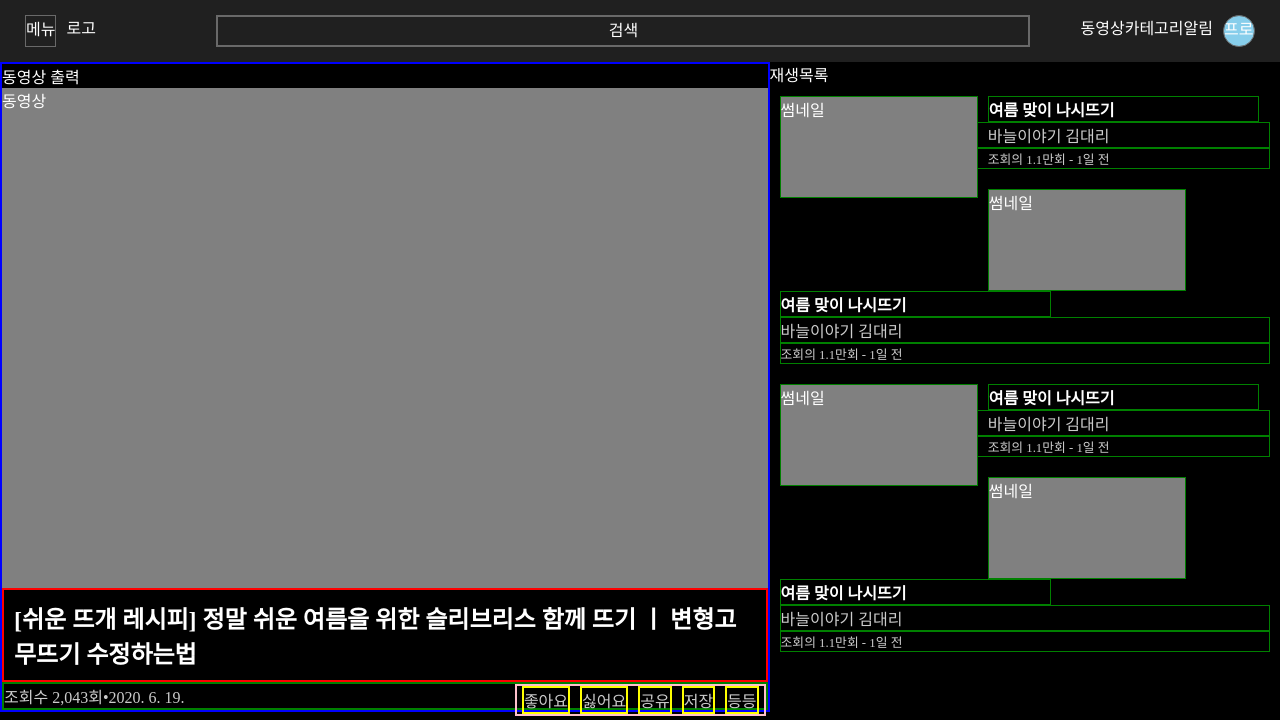
Repository: roseline0912/LikeLion
Page: YouTube_Clone/youtube.html
The author's editor kept a record of every edit. The page is drawn from the files as they stood at one moment, then again after the next edit.
The browser window is 1280 px wide. The pictures show the whole page.
An inner scrolling area shows only its first screen.

Above is the page before.

After the next edit:
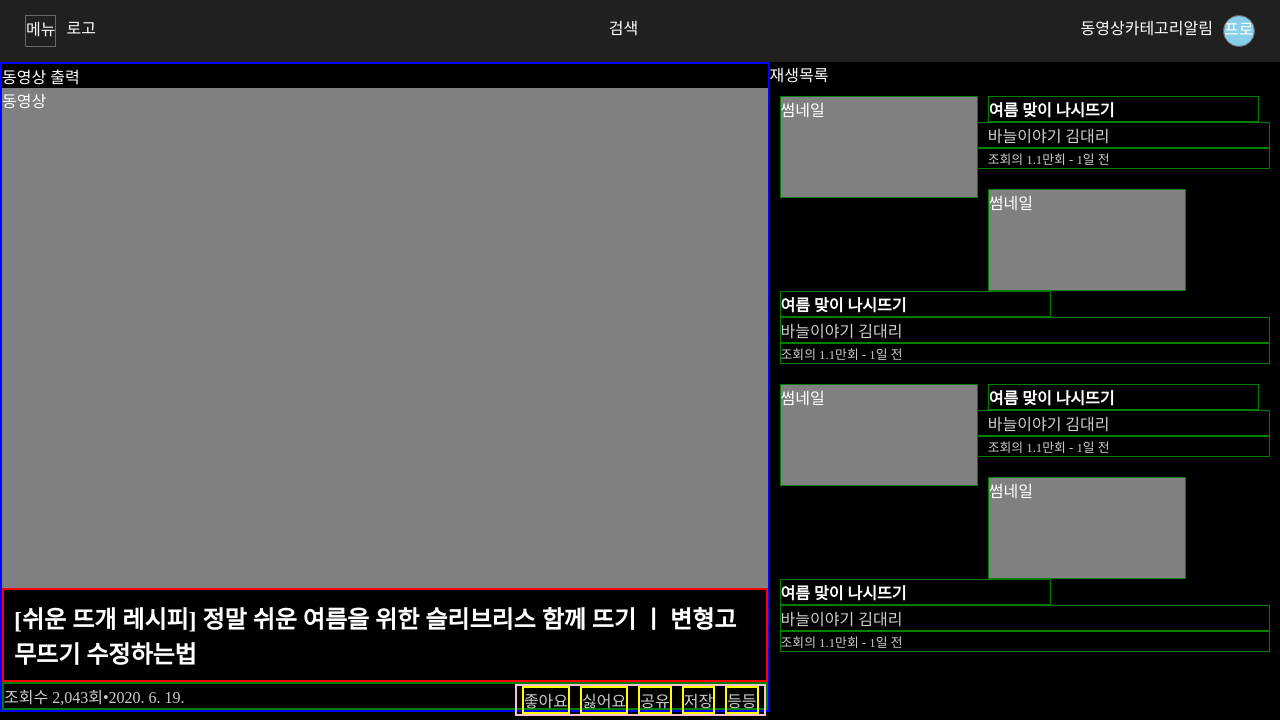
The edit:
--- a/YouTube_Clone/youtube.css
+++ b/YouTube_Clone/youtube.css
@@ -12,7 +12,7 @@
 
 .nav-search{
     flex:1;   /*다른 태그들이 차지하는 공간을 제외하고 모든 공간을 차지함.*/
-    border:2px solid dimgray;
+    /*border:2px solid dimgray;*/
     margin: 0 50px;
     text-align:center;
 }
